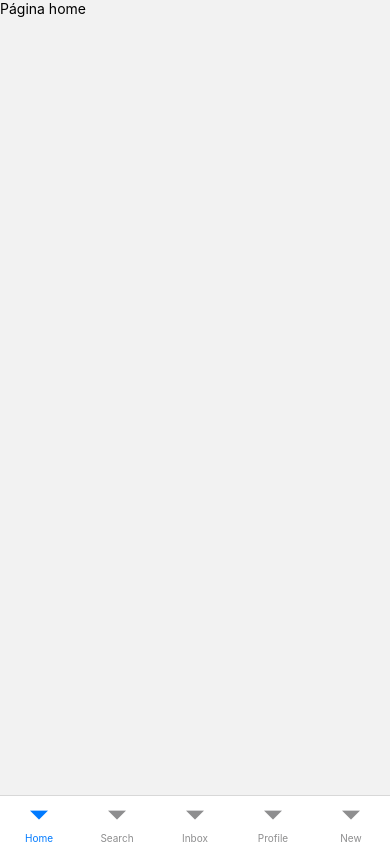
Repository: Deyvid-Kasteh/Tiktok-clone-v1
Screen: /
These files come from the project's save history. The screen is drawn as it stood at one moment and after a run of saves; the edit follows.
The app was drawn by React Native's web renderer in a window 390 px wide. The project was rebuilt for these pictures with package versions that can differ from the ones it lists, and the page was loaded fresh each time. Also part of the build but not shown: src/pages/search/index.js, src/pages/inbox/index.js, src/pages/profile/index.js, src/pages/new/index.js.

Above is the screen before, as saved 2023-07-12 01:40:05.

After the next 5 saves:
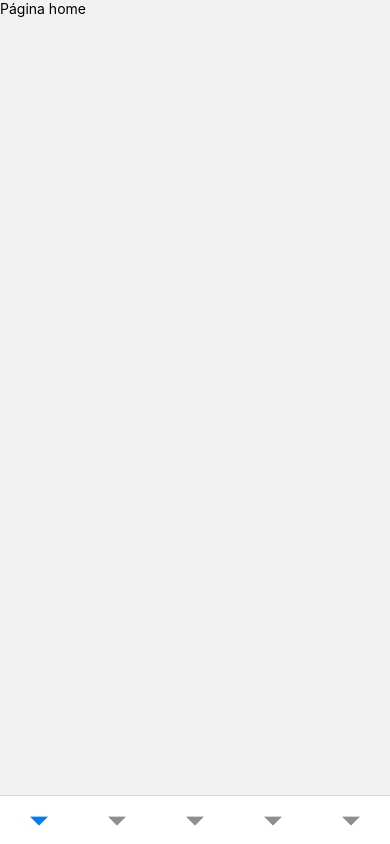
The 5 saves are shown as one change because they came seconds apart.
The last was saved 13 s later.
--- a/src/routes/index.js
+++ b/src/routes/index.js
@@ -13,7 +13,7 @@
     return (
         <Tab.Navigator screenOptions={{
             headerShown: false,
-
+            tabBarShowLabel: false,
       }}>
         <Tab.Screen name="Home" component={Home} />
         <Tab.Screen name="Search" component={Search} />
